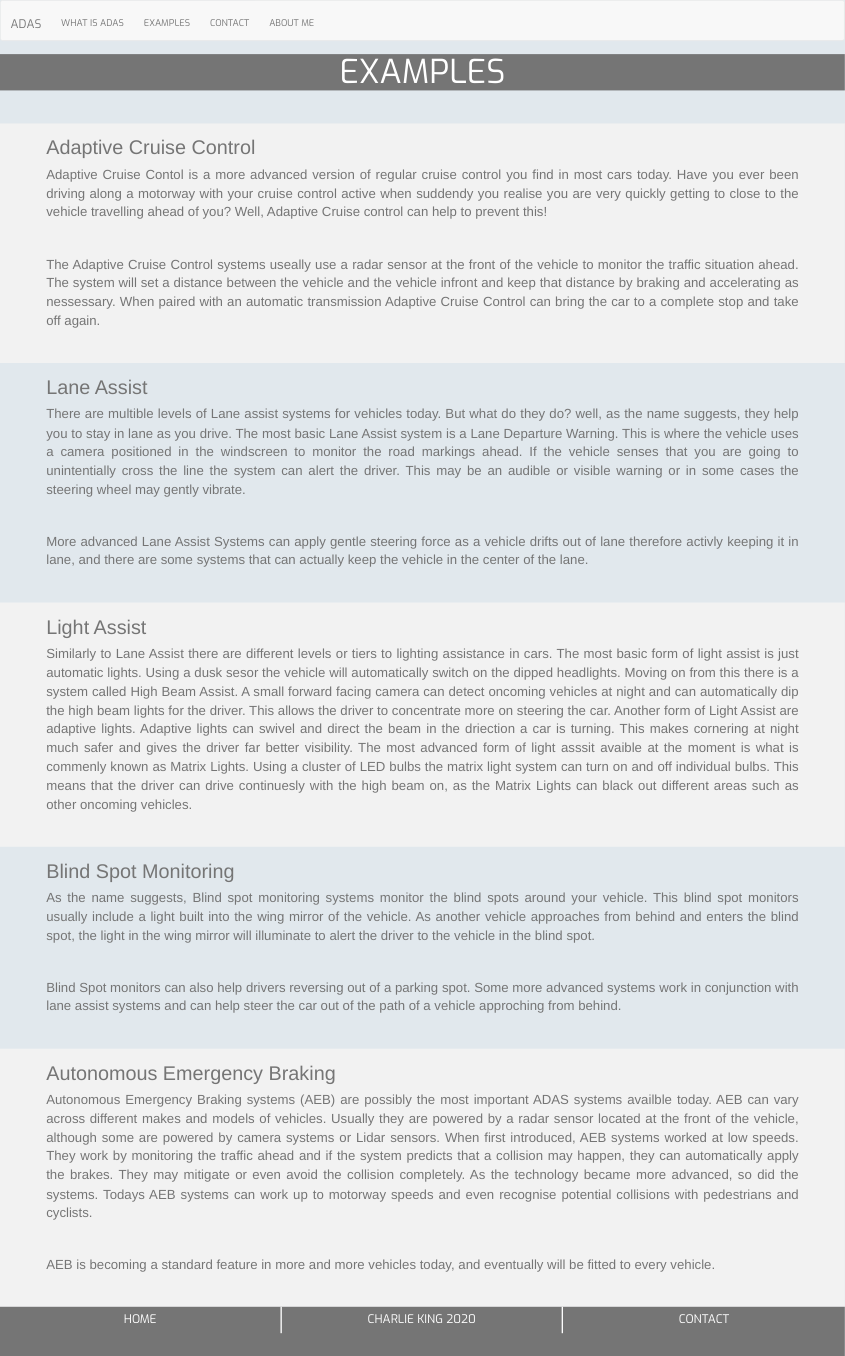
Repository: Cha-K28/First-Milestone-Project
Page: examples.html
The author's editor kept a record of every edit. The page is drawn from the files as they stood at one moment, then again after the next edit.
The browser window is 1280 px wide. The pictures show the whole page, at 66% of full size.

Above is the page before.

### examples.html
<!DOCTYPE html>
<html lang="en">

<head>
    <meta charset="utf-8">
    <meta name="viewport" content="width=device-width, initial-scale=1">
    <link rel="stylesheet" href="https://maxcdn.bootstrapcdn.com/bootstrap/3.4.1/css/bootstrap.min.css">
    <script src="https://ajax.googleapis.com/ajax/libs/jquery/3.4.1/jquery.min.js"></script>
    <script src="https://maxcdn.bootstrapcdn.com/bootstrap/3.4.1/js/bootstrap.min.js"></script>
    <link href="https://fonts.googleapis.com/css?family=Exo&display=swap" rel="stylesheet">

    <link rel="stylesheet" href="css/style.css" type="text/css" />
    <title>ADAS - What is it?</title>
</head>

<body>
    <!-- header  -->
    <header>
        <nav class="navbar navbar-default">
            <div class="container-fluid">
                <div class="navbar-header">

                    <button type="button" class="navbar-toggle" data-toggle="collapse" data-target="#myNavbar">
                        <span class="icon-bar"></span>
                        <span class="icon-bar"></span>
                        <span class="icon-bar"></span>
                    </button>

                    <a class="navbar-brand" href="index.html">ADAS</a>
                </div>
                <div class="collapse navbar-collapse" id="myNavbar">
                    <ul class="nav navbar-nav">
                        <li><a href="what_is_adas.html">What is ADAS</a></li>
                        <li><a href="examples.html">Examples</a></li>
                        <li><a href="contact.html">Contact</a></li>
                        <li><a href="about_me.html">About Me</a></li>
                    </ul>
                </div>
        </nav>
    </header>
    <!-- End header  -->

    <h1>Examples</h1>


    <div class="bright_background">
        <div class="container">

            <div>

                <h2>Adaptive Cruise Control</h2>
                <p>
                    Adaptive Cruise Contol is a more advanced version of regular cruise control you find in most cars today. Have you ever been driving along a motorway with your cruise control active when suddendy you realise you are very quickly getting to close to the
                    vehicle travelling ahead of you? Well, Adaptive Cruise control can help to prevent this!
                </p>
                <p>
                    The Adaptive Cruise Control systems useally use a radar sensor at the front of the vehicle to monitor the traffic situation ahead. The system will set a distance between the vehicle and the vehicle infront and keep that distance by braking and accelerating
                    as nessessary. When paired with an automatic transmission Adaptive Cruise Control can bring the car to a complete stop and take off again.
                </p>
            </div>

        </div>
    </div>

    <div class="container">

        <h2>Lane Assist</h2>

        <p>
            There are multible levels of Lane assist systems for vehicles today. But what do they do? well, as the name suggests, they help you to stay in lane as you drive. The most basic Lane Assist system is a Lane Departure Warning. This is where the vehicle
            uses a camera positioned in the windscreen to monitor the road markings ahead. If the vehicle senses that you are going to unintentially cross the line the system can alert the driver. This may be an audible or visible warning or in some cases
            the steering wheel may gently vibrate.
        </p>

        <p>
            More advanced Lane Assist Systems can apply gentle steering force as a vehicle drifts out of lane therefore activly keeping it in lane, and there are some systems that can actually keep the vehicle in the center of the lane.
        </p>

    </div>



    <div class="bright_background">

        <div class="container">

            <div>
                <h2>Light Assist</h2>
                <p>
                    Similarly to Lane Assist there are different levels or tiers to lighting assistance in cars. The most basic form of light assist is just automatic lights. Using a dusk sesor the vehicle will automatically switch on the dipped headlights. Moving on from
                    this there is a system called High Beam Assist. A small forward facing camera can detect oncoming vehicles at night and can automatically dip the high beam lights for the driver. This allows the driver to concentrate more on steering
                    the car. Another form of Light Assist are adaptive lights. Adaptive lights can swivel and direct the beam in the driection a car is turning. This makes cornering at night much safer and gives the driver far better visibility. The most
                    advanced form of light asssit avaible at the moment is what is commenly known as Matrix Lights. Using a cluster of LED bulbs the matrix light system can turn on and off individual bulbs. This means that the driver can drive continuesly
                    with the high beam on, as the Matrix Lights can black out different areas such as other oncoming vehicles.

                </p>
            </div>

        </div>

    </div>

    <div class="container">

        <h2>Blind Spot Monitoring</h2>
        <p>
            As the name suggests, Blind spot monitoring systems monitor the blind spots around your vehicle. This blind spot monitors usually include a light built into the wing mirror of the vehicle. As another vehicle approaches from behind and enters the blind
            spot, the light in the wing mirror will illuminate to alert the driver to the vehicle in the blind spot.
        </p>
        <p>
            Blind Spot monitors can also help drivers reversing out of a parking spot. Some more advanced systems work in conjunction with lane assist systems and can help steer the car out of the path of a vehicle approching from behind.
        </p>

    </div>


    <div class="bright_background">

        <div class="container">
            <h2>Autonomous Emergency Braking</h2>
                <p>
                Autonomous Emergency Braking systems (AEB) are possibly the most important ADAS systems availble today. AEB can vary across different makes and models of vehicles. Usually they are powered by a radar sensor located at the front of the vehicle, although
            some are powered by camera systems or Lidar sensors. When first introduced, AEB systems worked at low speeds. They work by monitoring the traffic ahead and if the system predicts that a collision may happen, they can automatically apply the
            brakes. They may mitigate or even avoid the collision completely. As the technology became more advanced, so did the systems. Todays AEB systems can work up to motorway speeds and even recognise potential collisions with pedestrians and cyclists.
            </p>
            <p>
            AEB is becoming a standard feature in more and more vehicles today, and eventually will be fitted to every vehicle.
            </p>
        </div>

    </div>


    <!-- footer -->
    <footer class="container-fluid">
        <div class="row">
            <div class="footer_background">
                <div class="col-sm-4 footer_box">
                    <h4><a href="index.html">Home</a></h4>
                </div>
                <div class="col-sm-4 footer_box">
                    <h4>Charlie King 2020</h4>

                </div>

                <div class="col-sm-4">
                    <h4><a href="contact.html">Contact</a></h4>

                </div>
            </div>
        </div>



    </footer>

    <!-- End footer -->

</body>

</html>

### css/style.css
body {
  background-color: #e1e8ed;
}



.container {

  font-size: 20px;
  color: #757575;
  text-align: justify;

}

.back-image {
  height: 100%;
  width: 100%;
  padding: 0px;
  border: solid 10px #53f2dd;
  border-radius: 50px;
  margin: 50px 10px 50px 10px;
}

.background-image {
  background-image: url(../images/background.png);
  background-size: cover;
  height: 500px;
  width: auto;
  background-position: center;
  background-repeat: no-repeat;
  margin-bottom: 50px;

}

p {
  margin-bottom: 50px;
}



img {

  margin-left: 75px;
  width: 300px;
  height: 200px;
  border: solid;

}

.bright_background {
  background-color: #f2f2f2;
}


button {
  margin-bottom: 15px;
  border-radius: 25px;
  color: white;
  background-color: #757575;



}


/* ---------------------------------- contact form */

input[type=email] {
  width: 100%;
  background-color: white;
  color: #757575;
  padding: 10px 20px;
  margin: 8px 0;
  border: solid #757575 1px;
  border-radius: 4px;
  cursor: pointer;

}

input[type=text] {
  width: 100%;
  background-color: white;
  color: #757575;
  padding: 10px 20px;
  margin: 8px 0;
  border: solid #757575 1px;
  border-radius: 4px;
  cursor: pointer;

}

input[type=submit] {
  width: 100px;
  height: 30px;
  border-radius: 25%;
  border: solid #757575 1px;
  margin-top: 10px;
  color: white;
  background-color: #757575;
  margin-bottom: 10px;

}

/* ----------------------------------------- Contat Form */



/* ----------------------------footer */

.footer {
  margin-top: 50px ;
}


.footer_background {
  background-color: #757575;
  height: 75px;
  position: relative;
  width: 100%;


}

h4,
a {
  margin-top: 10px;
  text-align: center;
  font-family: 'Exo', sans-serif;
  color: white;
  text-transform: uppercase;
}



@media (Min-Width:768px) {

  .footer_box {
  border-right: solid 2px white;
  }

}




h1 {
  margin-bottom: 50px;
  text-align: center;
  text-transform: uppercase;
  font-size: 50px;
  font-family: 'Exo', sans-serif;
  background-color: #757575;
  color: white;

}

/* ------------------------------footer */

After the next edit:
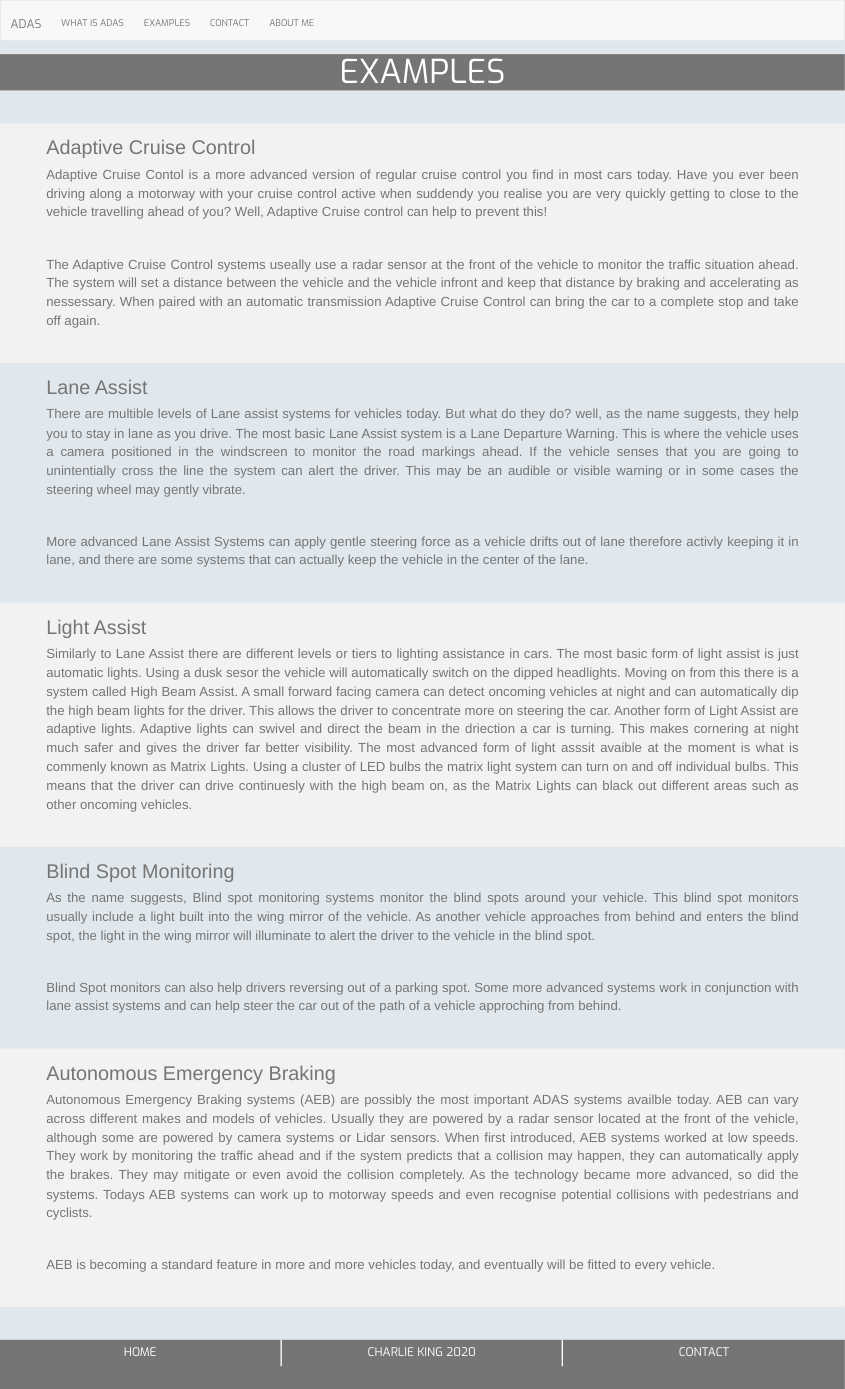
The edit:
--- a/examples.html
+++ b/examples.html
@@ -132,6 +132,7 @@
 
 
     <!-- footer -->
+    <div class="footer">
     <footer class="container-fluid">
         <div class="row">
             <div class="footer_background">
